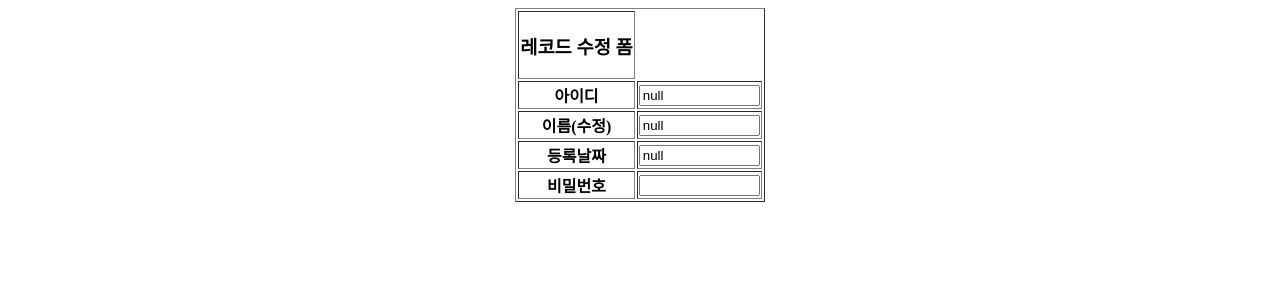
Repository: LTaeHoon/javajsp_ncs
Page: http://localhost/chap05_DataBase/db_exam/UpdateForm.jsp?id=null&name=null&date=null
An editor plug-in stored every save of this project. The page is shown before and after the next save, followed by the edit.
The browser window is 1280 px wide. The pictures show the whole page.
The page is served by Tomcat 9. Other server files are loaded and not shown.

Above is the page before, as saved 2017-01-19 02:19:27.

### chap05_DataBase/WebContent/db_exam/UpdateForm.jsp
<%@ page language="java" contentType="text/html; charset=UTF-8"
    pageEncoding="UTF-8"%>
<!-- UpdateForm.jsp -->
<%
	String get_id = request.getParameter("id");
	String get_name = request.getParameter("name");
	String get_date = request.getParameter("date");

%>
<!DOCTYPE html PUBLIC "-//W3C//DTD HTML 4.01 Transitional//EN" "http://www.w3.org/TR/html4/loose.dtd">
<html>
<head>
<meta http-equiv="Content-Type" content="text/html; charset=UTF-8">
<title>수정 폼</title>
</head>
<body>
   <div align="center">
   	<table border="1">
   		<tr>
   			<th><h3>레코드 수정 폼</h3></th>
   		</tr>
   		<tr>
   			<th>아이디</th>
   			<td><input name="id" size="12" readonly="readonly" value="<%=get_id%>"/></td>
   		</tr>
   	    <tr>
   			<th>이름(수정)</th>
   			<td><input name="id" size="12" value="<%=get_name%>"/></td>
   		</tr>

   	    <tr>
   			<th>등록날짜</th>
   			<td><input name="id" size="12" readonly="readonly" value="<%=get_date%>"/></td>
   		</tr>
   	    <tr>
   			<th>비밀번호</th>
   			<td><input name="id" size="12"/></td>
   		</tr>

   	</table>

   </div>
</body>
</html>

After the next save:
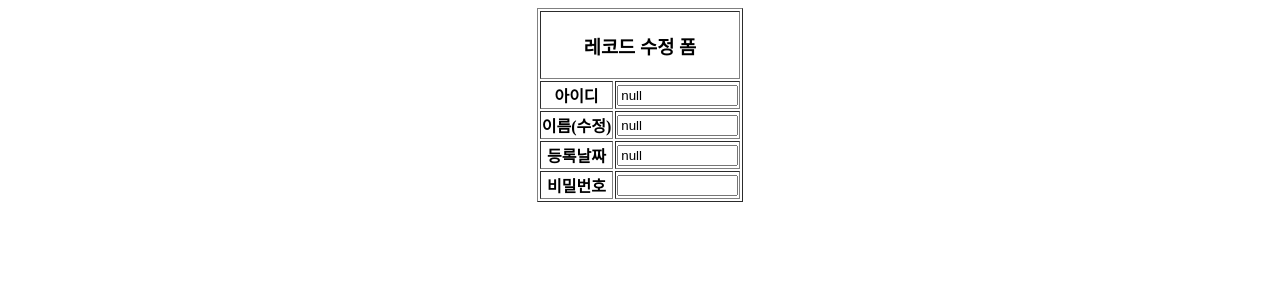
Saved 108 s later.
--- a/chap05_DataBase/WebContent/db_exam/UpdateForm.jsp
+++ b/chap05_DataBase/WebContent/db_exam/UpdateForm.jsp
@@ -17,7 +17,7 @@
    <div align="center">
    	<table border="1">
    		<tr>
-   			<th><h3>레코드 수정 폼</h3></th>
+   			<th colspan="2"><h3>레코드 수정 폼</h3></th>
    		</tr>
    		<tr>
    			<th>아이디</th>
